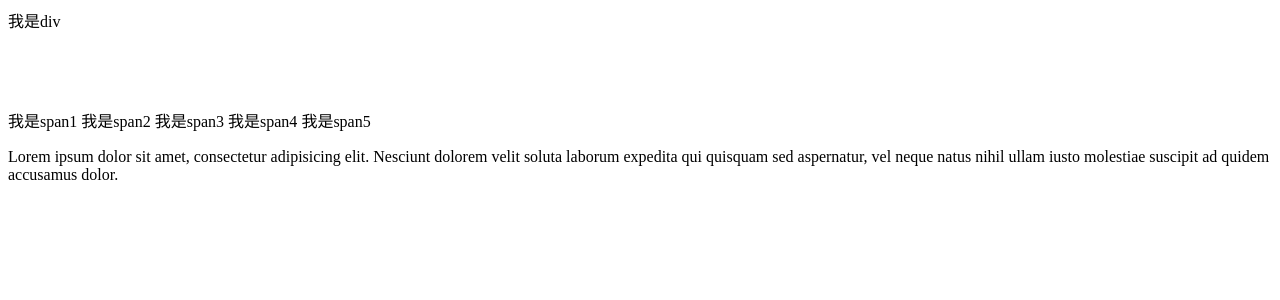
Repository: nanfengovo/CSS
Page: display.html
An editor plug-in stored every save of this project. The page is shown before and after the next save, followed by the edit.
The browser window is 1280 px wide. The pictures show the whole page.

Above is the page before, as saved 2025-01-01 10:54:19.

After the next save:
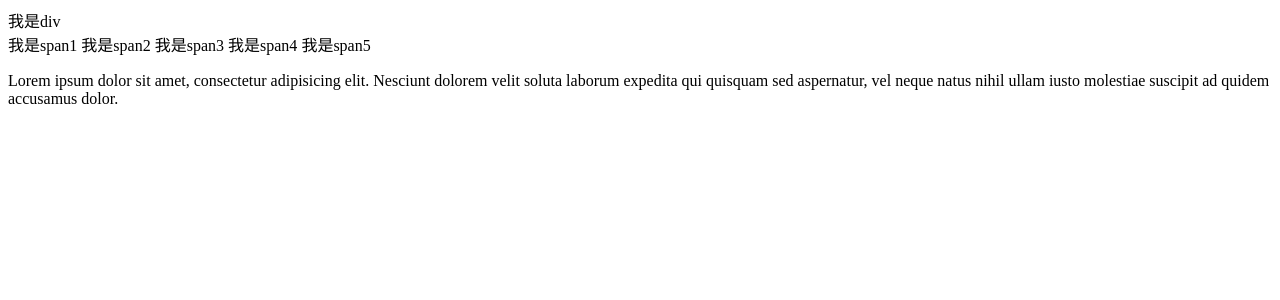
Saved 7 s later.
--- a/display.html
+++ b/display.html
@@ -7,7 +7,6 @@
     <style>
         div{
             display:block;
-            height: 100px;
 
         }
         span{
